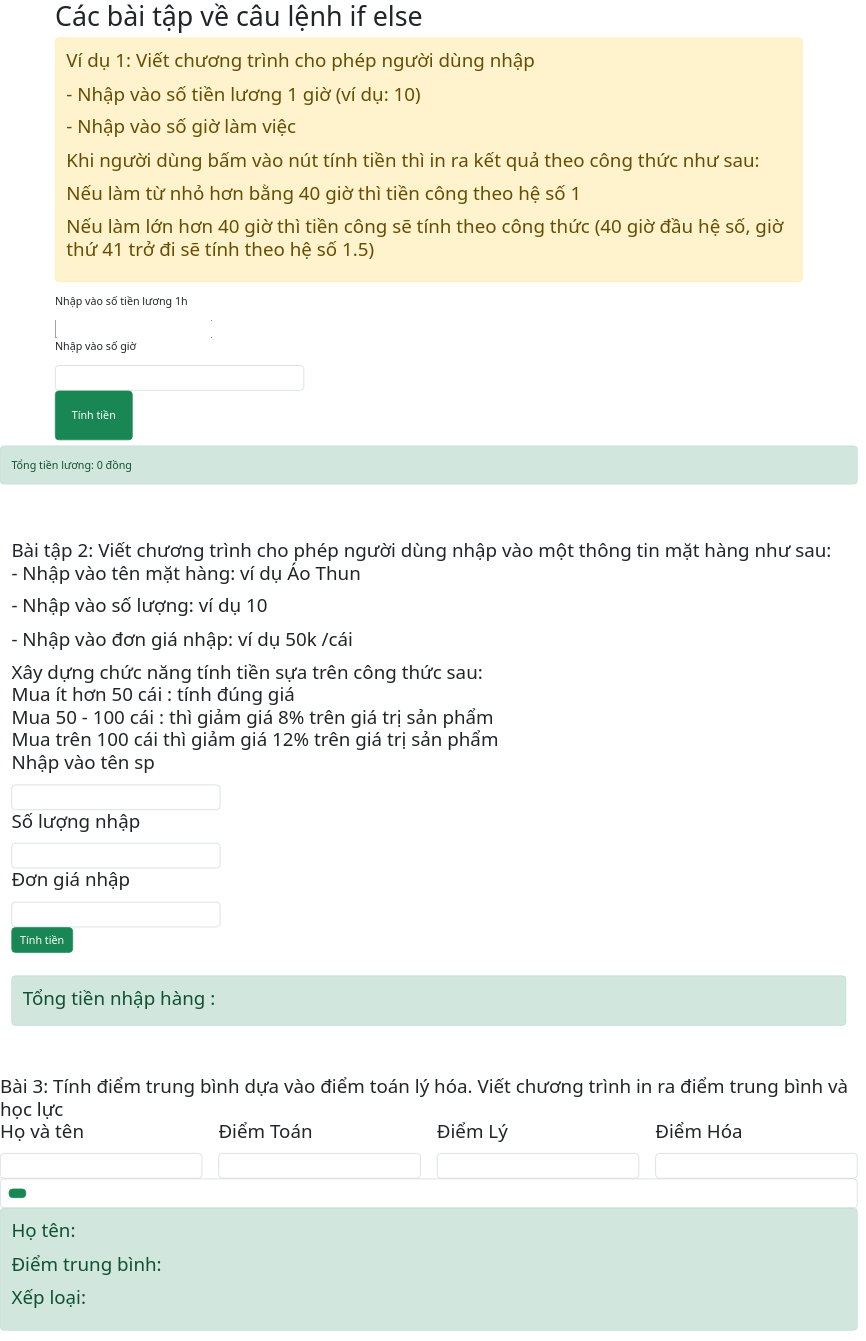
Repository: hcozyph/cyberSoft_JS_fulldocs
Page: JS_4/index.html
These files come from the project's save history. The page is drawn as it stood at one moment and after the next save; the edit follows.
The browser window is 1280 px wide. The page is 1292 px wide, so the pictures cover 1292 px, including what lies to the right of the window. The pictures show the whole page, at 67% of full size.

Above is the page before, as saved 2023-02-05 09:06:55.

After the next save:
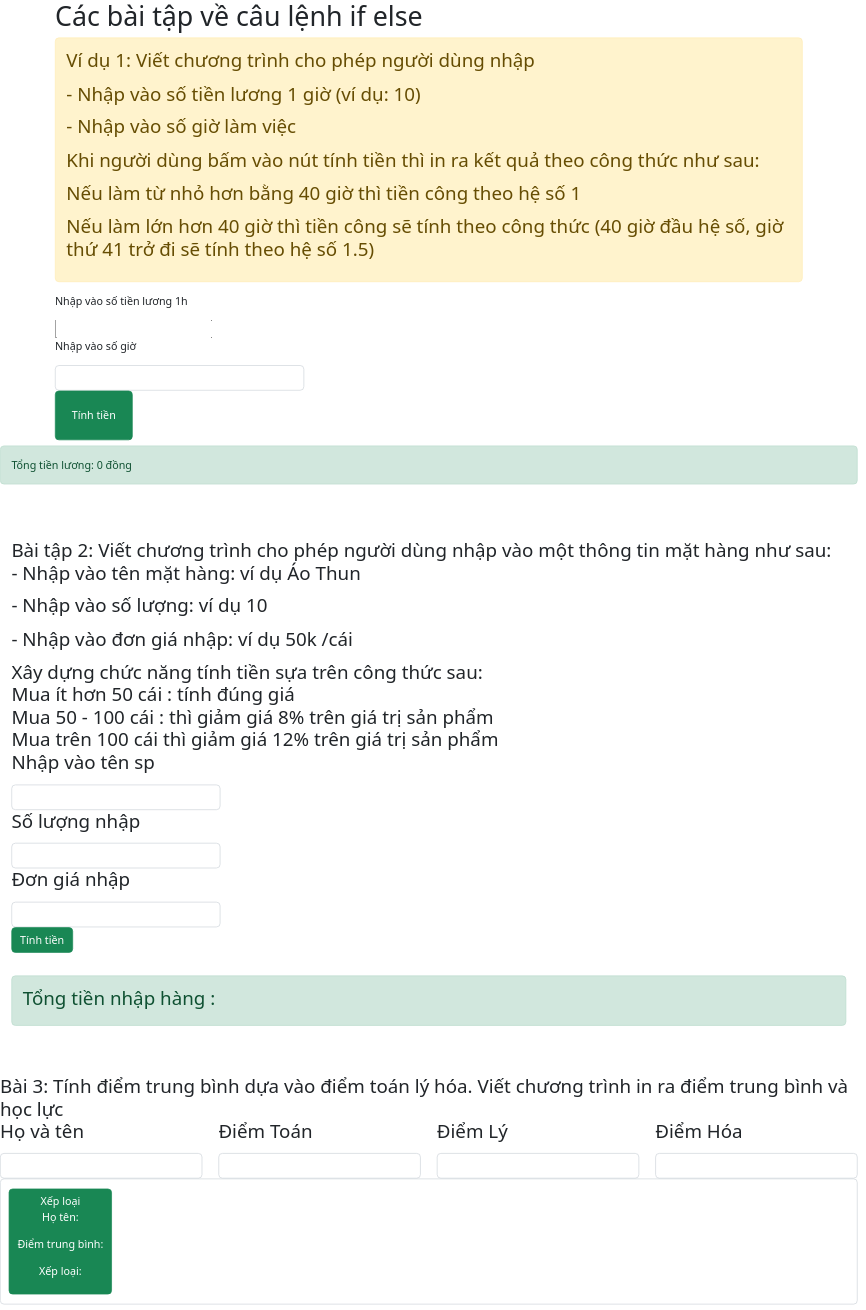
Saved 101 s later.
--- a/JS_4/index.html
+++ b/JS_4/index.html
@@ -171,10 +171,7 @@
             </div>
 
             <div class="form-control">
-                <button id="btnXepLoai" class="btn btn-success my-2"></button>
-            </div>
-
-            <div class="alert alert-success">
+                <button id="btnXepLoai" class="btn btn-success my-2">Xếp loại
                 <p>Họ tên: <span id="out-put-ho-ten"></span></p>
 
                 <p>
